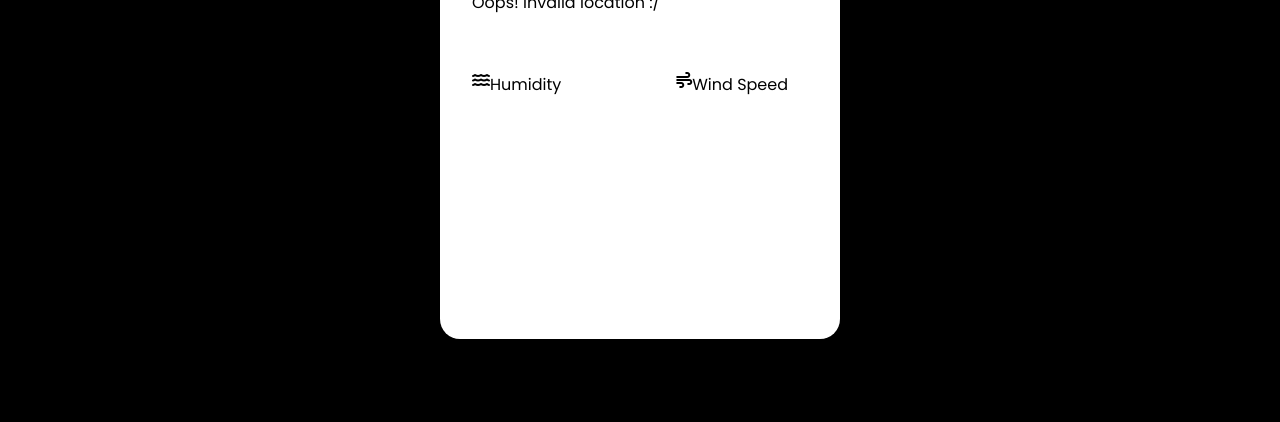
Repository: Pr1s0n3r627/weather
Page: index.html
An editor plug-in stored every save of this project. The page is shown before and after the next save, followed by the edit.
The browser window is 1280 px wide. The pictures show the whole page.
Some web libraries are served in a nearby version.

Above is the page before, as saved 2024-05-18 23:33:51.
Not found: index.js

### index.html
<!DOCTYPE html>
<html lang="en">

<head>
    <meta charset="UTF-8">
    <meta http-equiv="X-UA-Compatible" content="IE=edge">
    <meta name="viewport" content="width=device-width, initial-scale=1.0">
    <link
        href="https://fonts.googleapis.com/css2?family=Poppins:wght@300;400;500;600;700;800;900&family=Roboto:wght@300;400;500;700;900&display=swap"
        rel="stylesheet">
    <link rel="stylesheet" href="style.css">
    <title>Day #10 - Weather App | AsmrProg</title>
</head>

<body>

    <div class="container">
        <div class="search-box">
            <i class="fa-solid fa-location-dot"></i>
            <input type="text" placeholder="Enter your location">
            <button class="fa-solid fa-magnifying-glass"></button>
        </div>

        <div class="not-found">
            <img src="not-found.png">
            <p>Oops! Invalid location :/</p>
        </div>

        <div class="weather-box">
            <img src="">
            <p class="temperature"></p>
            <p class="description"></p>
        </div>

        <div class="weather-details">
            <div class="humidity">
                <i class="fa-solid fa-water"></i>
                <div class="text">
                    <span></span>
                    <p>Humidity</p>
                </div>
            </div>
            <div class="wind">
                <i class="fa-solid fa-wind"></i>
                <div class="text">
                    <span></span>
                    <p>Wind Speed</p>
                </div>
            </div>
        </div>

    </div>

    <script src="https://kit.fontawesome.com/7c8801c017.js" crossorigin="anonymous"></script>
    <script src="index.js"></script>
</body>

</html>

### style.css
*{
    margin: 0;
    padding: 0;
    border: 0;
    outline: none;
    box-sizing: border-box;
}

body{
    height: 10vh;
    display: flex;
    align-items: center;
    justify-content: center;
    background: #000;
}

.container{
    position: relative;
    width: 400px;
    height: 605px;
    background: #fff;
    padding: 28px 32px;
    overflow: hidden;
    border-radius: 20px;
    font-family: 'Poppins', sans-serif;
    transition: 0.6s;
}

.search-box{
    width: 100%;
    height: min-content;
    display: flex;
    align-items: center;
    justify-content: space-between
}

.search-box input{
    color: #333;
    width: 80%;
    font-size: 20px;
    font-weight: 500;
    text-transform: inherit;
    padding-left: 32px;
}

.search-box input::placeholder{
    font-size: 20px;
    font-weight: 500;
    color: #06283d;
    text-transform: capitalize;
}

.search-box button{
    cursor: pointer;
    width: 50px;
    height: 50px;
    color: #06283d;
    background: #dff6ff;
    border-radius: 50%;
    font-size: 22px;
    transition: 0.4s ease;
}

.search-box button:hover{
    background: #000000;
    color: #fff;
}

.search-box i{
    position: absolute;
    color: #06283d;
    font-size: 28px;
}

.weather-box{
    text-align: center;
}

.not-found img{
    width: 40%;
    margin-top: 20px;
}

.weather-box img{
    width: 20%;
    margin-top: 20px;
}

.weather-box .temperature{
    position: relative;
    color: #06283d;
    font-size: 4rem;
    font-weight: 800;
    margin-top: 30px;
    margin-left: -16px;
}

.weather-box .temperature span{
    position: absolute;
    margin-left: 4px;
    font-size: 1.5rem;
}

.weather-box .description{
    color: #06283d;
    font-size: 22px;
    font-weight: 500;
    text-transform: capitalize;
}

.weather-details{
    width: 100%;
    display: flex;
    justify-content: space-between;
    margin-top: 30px;
}

.weather-details .humidity, .weather-details .wind{
    display: flex;
    text-align: center;
    width: 50%;
    height: 100px;
}

.weather-details .humidity{
    padding-right: 20px;
    justify-content: flex-start;
}

.weather-details .wind{
    padding-right: 20px;
    justify-content: flex-end;
}

After the next save:
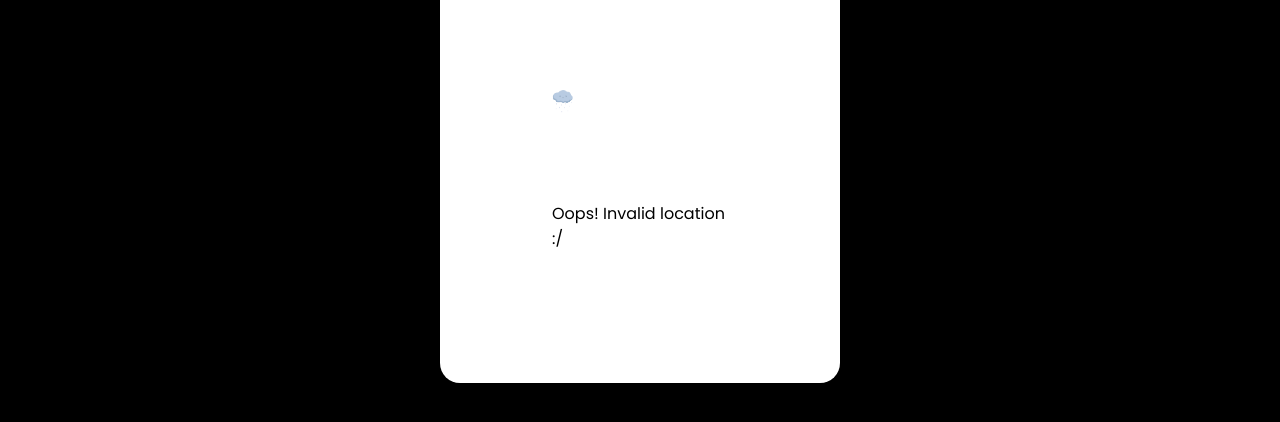
Saved 39 s later.
--- a/style.css
+++ b/style.css
@@ -1,6 +1,6 @@
 *{
     margin: 0;
-    padding: 0;
+    padding: 40px;
     border: 0;
     outline: none;
     box-sizing: border-box;

After the save that followed:
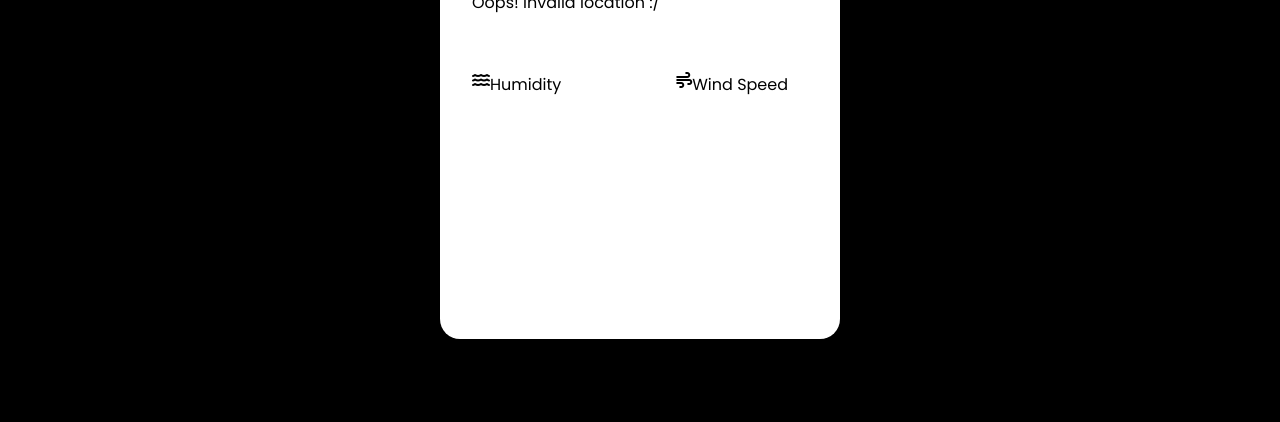
Saved 5 s later.
--- a/style.css
+++ b/style.css
@@ -1,6 +1,6 @@
 *{
     margin: 0;
-    padding: 40px;
+    padding: 0;
     border: 0;
     outline: none;
     box-sizing: border-box;
